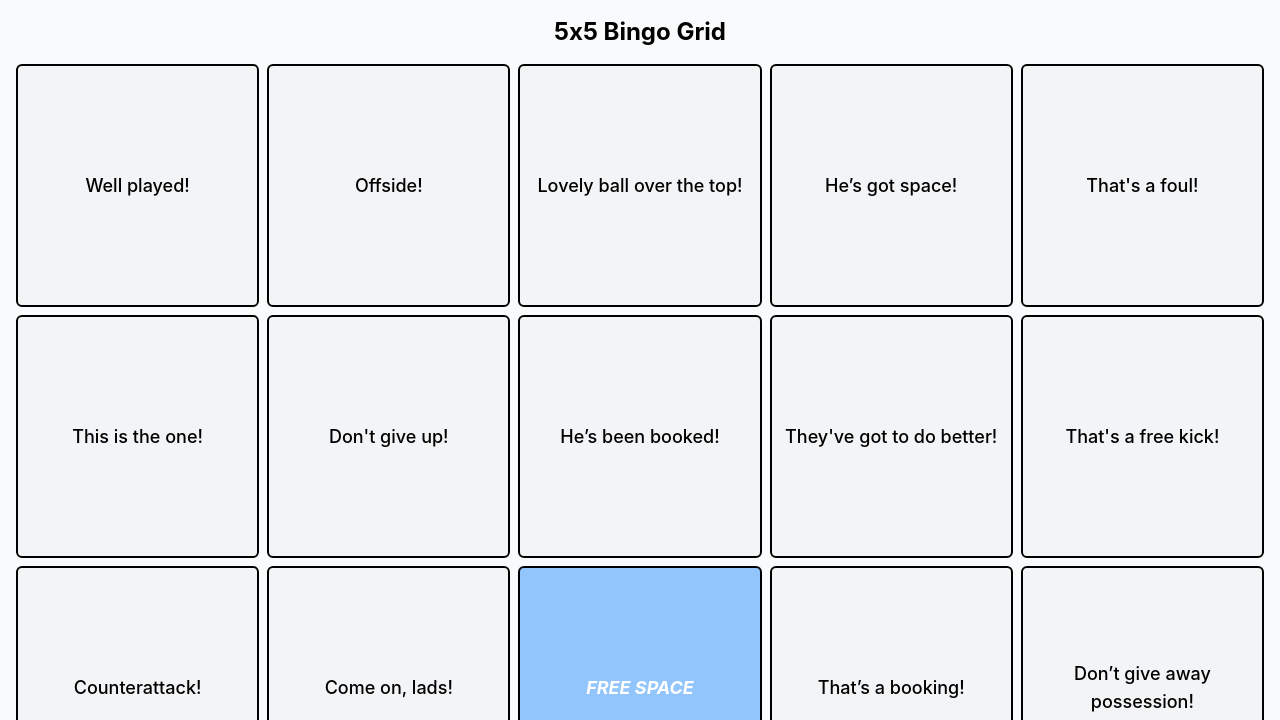
Repository: yassirbn/football-bingo
Page: /
These files come from the project's save history. The page is drawn as it stood at one moment and after the next save; the edit follows.
The browser window is 1280 px wide. The pictures show the whole page.
The project was rebuilt for these pictures with package versions that can differ from the ones it lists, and the page was loaded fresh each time.

Above is the page before, as saved 2024-11-26 18:32:38.

### src/index.css

@import url('https://fonts.googleapis.com/css2?family=Caveat:wght@400;700&display=swap');

@tailwind base;
@tailwind components;
@tailwind utilities;


body {
  margin: 0;
  font-family: -apple-system, BlinkMacSystemFont, 'Segoe UI', 'Roboto', 'Oxygen',
    'Ubuntu', 'Cantarell', 'Fira Sans', 'Droid Sans', 'Helvetica Neue',
    sans-serif;
  -webkit-font-smoothing: antialiased;
  -moz-osx-font-smoothing: grayscale;
}

code {
  font-family: source-code-pro, Menlo, Monaco, Consolas, 'Courier New',
    monospace;
}

### src/App.js
import React from "react";
import BingoGrid from "./component/BingoGrid/BingoGrid";


const App = () => {
  const words  = [
    "What a save!",
    "Offside!",
    "Penalty! Oh, no!",
    "Pass the ball!",
    "That's a dive!",
    "Red card!",
    "Goal! What a strike!",
    "He's on fire!",
    "Foul!",
    "Clear it!",
    "He's through on goal!",
    "Nice touch!",
    "What a tackle!",
    "Great cross!",
    "Counterattack!",
    "He’s injured!",
    "Come on, ref!",
    "Get it in the box!",
    "Keeper's got it!",
    "That's a foul!",
    "No way! That’s a dive!",
    "Good save, keeper!",
    "What a ball!",
    "Hold it up!",
    "Look at that footwork!",
    "Get stuck in!",
    "That’s a booking!",
    "Lovely ball over the top!",
    "That’s a terrible miss!",
    "Get back!",
    "Play to the whistle!",
    "It's all square!",
    "Time for a substitution!",
    "They’re all over them!",
    "Nice pass!",
    "He’s got space!",
    "He’s wide open!",
    "Well played!",
    "Take a shot!",
    "That’s a brilliant goal!",
    "What a finish!",
    "Come on, lads!",
    "Don't give up!",
    "He's made a run!",
    "Get the ball out of there!",
    "Hold the line!",
    "He’s been booked!",
    "That's a red card!",
    "This could be it!",
    "He’s in the clear!",
    "It’s a goal kick!",
    "That's a free kick!",
    "Shoot! Shoot!",
    "That's too easy!",
    "They've got to do better!",
    "He's off the ball!",
    "Put it in the back of the net!",
    "This is getting tense!",
    "He’s looking dangerous!",
    "Don’t give away possession!",
    "He’s gone down easy!",
    "That's a top save!",
    "This is the one!",
    "Make it count!"
  ];


  return (
    <div className="min-h-screen bg-gray-50 flex items-center justify-center">
      <BingoGrid words={words} />
    </div>
  );
};

export default App;

### src/component/BingoGrid/BingoGrid.js
import React, { useState } from "react";

const BingoGrid = ({ words }) => {
  const gridSize = 5; // 5x5 grid
  const totalCells = gridSize * gridSize;

  // Shuffle words only once and store in state
  const initializeGrid = () => {
    const shuffledWords = [...words].sort(() => 0.5 - Math.random()).slice(0, totalCells);

    // Fill with placeholders if not enough words
    while (shuffledWords.length < totalCells) {
      shuffledWords.push("PLACEHOLDER");
    }

    // Replace the center cell with "FREE SPACE"
    const centerIndex = Math.floor(totalCells / 2);
    shuffledWords[centerIndex] = "FREE SPACE";

    return shuffledWords;
  };

  const [gridWords] = useState(initializeGrid);
  const [selectedCells, setSelectedCells] = useState(
    Array(totalCells).fill(false).map((_, i) => i === Math.floor(totalCells / 2)) // Center (FREE SPACE) is pre-selected
  );
  const [bingo, setBingo] = useState(false);

  // Handle cell click
  const handleCellClick = (index) => {
    if (gridWords[index] === "FREE SPACE" || selectedCells[index]) return; // Ignore clicks on FREE SPACE or already selected cells

    const updatedSelection = [...selectedCells];
    updatedSelection[index] = true;
    setSelectedCells(updatedSelection);

    // Check for Bingo
    checkForBingo(updatedSelection);
  };

  // Check for Bingo
  const checkForBingo = (selected) => {
    const checkLine = (line) => line.every((index) => selected[index]);

    // Generate all rows, columns, and diagonals
    const rows = Array.from({ length: gridSize }, (_, i) =>
      Array.from({ length: gridSize }, (_, j) => i * gridSize + j)
    );
    const cols = Array.from({ length: gridSize }, (_, i) =>
      Array.from({ length: gridSize }, (_, j) => j * gridSize + i)
    );
    const diagonal1 = Array.from({ length: gridSize }, (_, i) => i * gridSize + i);
    const diagonal2 = Array.from({ length: gridSize }, (_, i) => (i + 1) * gridSize - (i + 1));

    const lines = [...rows, ...cols, diagonal1, diagonal2];

    if (lines.some(checkLine)) {
      setBingo(true); // Set Bingo to true to trigger animations
    }
  };

  return (
    <div className="p-4 relative h-screen overflow-hidden">
      {/* Fireworks Animation */}
      {bingo && (
        <div className="absolute inset-0 z-20 flex justify-center items-center pointer-events-none">
          {/* Firework Particles */}
          {Array.from({ length: 300 }).map((_, idx) => (
            <div
              key={idx}
              className="fireworks-particle w-4 h-4 rounded-full absolute animate-fireworks"
              style={{
                "--x": `${Math.random() * 120 - 60}vw`, // Expanded X direction
                "--y": `${Math.random() * 120 - 60}vh`, // Expanded Y direction
                "--size": `${Math.random() * 10 + 5}px`, // Random size (larger particles)
                "--duration": `${Math.random() * 2 + 1.5}s`, // Increased duration for longer explosion
                "--delay": `${Math.random() * 0.5}s`, // Random delay
                backgroundColor: `hsl(${Math.random() * 360}, 100%, 50%)`, // Random color (HSL)
                transform: `rotate(${Math.random() * 360}deg)` // Random rotation for more chaos
              }}
            ></div>
          ))}
        </div>
      )}

      {/* Bingo Text Animation */}
      {bingo && (
        <div className="absolute inset-0 flex items-center justify-center z-10 animate-bingo-fade">
          <h2 className="text-7xl sm:text-8xl md:text-9xl lg:text-10xl font-extrabold text-red-600 animate-bingo-shake">
            BINGO!
          </h2>
        </div>
      )}

      {/* Bingo Grid */}
      <h1 className="text-center text-2xl font-bold mb-4">5x5 Bingo Grid</h1>
      <div
        className="grid gap-2"
        style={{
          gridTemplateColumns: `repeat(${gridSize}, minmax(50px, 1fr))`,
        }}
      >
        {gridWords.map((word, index) => (
          <div
            key={index}
            className={`flex items-center justify-center border-black border-solid border-2 rounded-md text-center font-medium aspect-square p-2
              ${selectedCells[index]
              ? "bg-blue-300 text-white relative"
              : "bg-gray-100 hover:bg-blue-200 cursor-pointer"}
              ${word === "FREE SPACE" ? "cursor-default" : ""}`}
            onClick={() => handleCellClick(index)}
          >
            {word !== "FREE SPACE" && selectedCells[index] && (
              <div className="absolute inset-0 border-4 rounded-full border-blue-500"></div>
            )}
            <span
              className={`break-words text-xs sm:text-sm md:text-base lg:text-lg font-handwriting ${word === "FREE SPACE" ? "font-bold italic" : ""}`}
            >
              {word}
            </span>
          </div>
        ))}
      </div>
    </div>
  );
};

export default BingoGrid;

### tailwind.config.js
/** @type {import('tailwindcss').Config} */
module.exports = {
  content: ['./src/**/*.{js,jsx,ts,tsx}'],
  theme: {
    extend: {
      fontFamily: {
        handwritten: ["'Caveat'", "cursive"],
      },
      animation: {
        fireworks: "fireworks 1.5s ease-out forwards",
        "bingo-fade": "bingo-fade 2s ease-out forwards",
        "bingo-shake": "bingo-shake 0.5s ease-in-out infinite",
      },
      keyframes: {
        fireworks: {
          "0%": {
            transform: "scale(0) translate(0, 0)",
            opacity: 1,
          },
          "50%": {
            transform: "scale(1) translate(var(--x), var(--y))",
            opacity: 1,
          },
          "100%": {
            transform: "scale(2) translate(var(--x), var(--y))",
            opacity: 0,
          },
        },
        "bingo-fade": {
          "0%": { opacity: 0 },
          "100%": { opacity: 1 },
        },
        "bingo-shake": {
          "0%": { transform: "rotate(0)" },
          "25%": { transform: "rotate(5deg)" },
          "50%": { transform: "rotate(0)" },
          "75%": { transform: "rotate(-5deg)" },
          "100%": { transform: "rotate(0)" },
        },
      },
    },
  },
  plugins: [],
}

Loaded but not shown: public/index.html (common file); src/index.js (common file); src/reportWebVitals.js (common file)

After the next save:
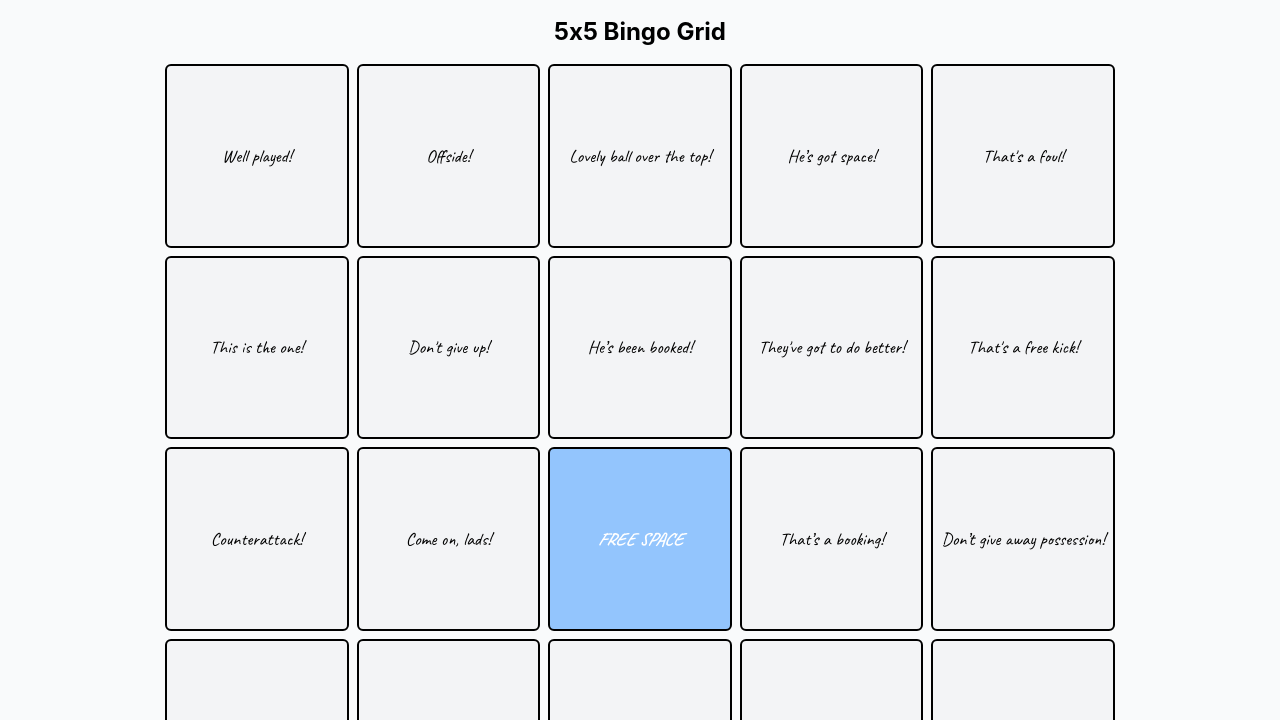
Saved 35 s later.
--- a/src/component/BingoGrid/BingoGrid.js
+++ b/src/component/BingoGrid/BingoGrid.js
@@ -114,7 +114,7 @@ const BingoGrid = ({ words }) => {
               <div className="absolute inset-0 border-4 rounded-full border-blue-500"></div>
             )}
             <span
-              className={`break-words text-xs sm:text-sm md:text-base lg:text-lg font-handwriting ${word === "FREE SPACE" ? "font-bold italic" : ""}`}
+              className={`break-words text-xs sm:text-sm md:text-base lg:text-lg font-handwritten ${word === "FREE SPACE" ? "font-bold italic" : ""}`}
             >
               {word}
             </span>
